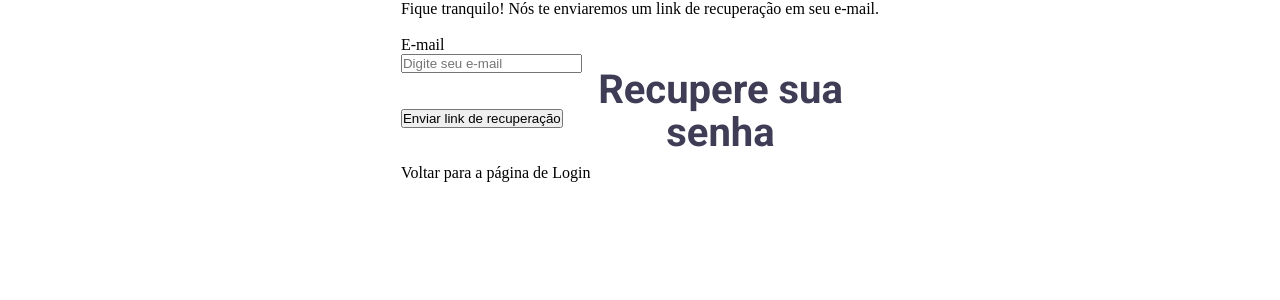
Repository: RenatoCCS/formularios
Page: senha.html
An editor plug-in stored every save of this project. The page is shown before and after a run of saves, followed by the edit.
The browser window is 1280 px wide. The pictures show the whole page.

Above is the page before, as saved 2023-03-27 20:44:29.

### senha.html
<!DOCTYPE html>
<html lang="pt-br">
  <head>
    <meta charset="UTF-8" />
    <meta http-equiv="X-UA-Compatible" content="IE=edge" />
    <meta name="viewport" content="width=device-width, initial-scale=1.0" />
    <link rel="stylesheet" href="style.css" />
    <title>Recupere sua senha</title>
  </head>
  <body class="container">
    <form action="" class="form__Login">
      <div class="form__Senha__Titulo">
        <h1>Recupere sua senha</h1>
      </div>

      <div>
        <p>
          Fique tranquilo! Nós te enviaremos um link de recuperação em seu
          e-mail.
        </p>
      </div>
      <br />

      <div>
        <label for="email">E-mail</label>
        <br />
        <input
          id="email"
          type="email"
          name="email"
          placeholder="Digite seu e-mail"
        />
      </div>
      <br /><br />

      <div>
        <button type="submit">Enviar link de recuperação</button>
      </div>
      <br /><br />

      <div>
        <p>Voltar para a página de Login</p>
      </div>
    </form>
  </body>
</html>

### style.css
@import url('https://fonts.googleapis.com/css2?family= Roboto :wght@400;500;700 & display=swap');

* {
  margin: 0;
  padding: 0;
}

:root {
  --primeira-cor: #3f3d56;
  --segunda-cor: #323730;
  --terceira-cor: #abb3a8;
  --quarta-cor: #ffffff;
  --quinta-cor: #3f3f40;
  --sexta-cor: #da2a41;

  --fonte-primaria: 'Roboto', sans-serif;
}

.container {
  display: flex;
  justify-content: center;
}

.form__Cadastro__Titulo {
  position: absolute;
  width: 302px;
  height: 43px;
  left: 569px;
  top: 68px;
  color: var(--primeira-cor);
  font-family: var(--fonte-primaria);
  font-style: normal;
  font-weight: 700;
  font-size: 17px; /*o indicado é 37px, mas se manter quebra a linha*/
  line-height: 43px;
  text-align: center;
}

.nome__Cadastro {
  position: absolute;
  width: 396px;
  height: 69px;
  top: 139px;
  left: 522px;
}

.nome__Cadastro__Nomecompleto {
  position: absolute;
  width: 100px;
  height: 24px;
  top: -6px;
  left: 0px;
  color: var(--segunda-cor);
  font-family: var(--fonte-primaria);
  font-style: normal;
  font-weight: 400;
  font-size: 14px;
  line-height: 24px;
}

.nome__Cadastro__Campo {
  position: absolute;
  width: 163px;
  height: 24px;
  top: 34px;
  left: 14px;
  color: var(--terceira-cor);
  font-family: var(--fonte-primaria);
  font-style: normal;
  font-weight: 400;
  font-size: 14px;
  line-height: 24px;
  padding: 12px 219px 11px 14px;
}

.nome__Cadastro__Campo {
  box-sizing: border-box;
  border: 1px solid;
  position: absolute;
  width: 396px;
  height: 47px;
  top: 22px;
  left: 0%;
  right: 0%;
  top: 31.88%;
  bottom: 0%;
  color: var(--terceira-cor);
  background-color: var(--quarta-cor);
}

.data__Cadastro {
  position: absolute;
  width: 170px;
  height: 74px;
  left: 522px;
  top: 232px;
}

.data__Cadastro__Nascimento {
  position: absolute;
  width: 127px;
  height: 18px;
  top: -2px;
  left: 0px;
  color: var(--quinta-cor);
  font-family: var(--fonte-primaria);
  font-style: normal;
  font-weight: 400;
  font-size: 14px;
  line-height: 24px;
  display: flex;
  align-items: center;
}

.data__Cadastro__Calendario {
  position: absolute;
  width: 83px;
  height: 24px;
  top: 12px;
  left: 14px;
  color: var(--terceira-cor);
  font-family: var(--fonte-primaria);
  font-style: normal;
  font-weight: 400;
  font-size: 14px;
  line-height: 24px;
  display: flex;
  align-items: center;
  padding: 12px 0px 11px 14px;
}

.data__Cadastro__Calendario {
  box-sizing: border-box;
  border: 1px solid;
  position: absolute;
  width: 170px;
  height: 47px;
  top: 22px;
  left: 0%;
  right: 0%;
  top: 31.88%;
  bottom: 0%;
  color: var(--terceira-cor);
  background-color: var(--quarta-cor);
}

.pais__Cadastro {
  position: absolute;
  width: 208px;
  height: 69px;
  top: 230px;
  left: 710px;
}

.pais__Cadastro__Pais {
  position: absolute;
  width: 34px;
  height: 15px;
  top: -2px;
  left: 0px;
  color: var(--segunda-cor);
  font-family: var(--fonte-primaria);
  font-style: normal;
  font-weight: 400;
  font-size: 14px;
  line-height: 24px;
}

.pais__Cadastro__Vermelho {
  position: absolute;
  width: 34px;
  height: 15px;
  top: -2px;
  left: 30px;
  color: var(--sexta-cor);
  font-family: var(--fonte-primaria);
  font-style: normal;
  font-weight: 400;
  font-size: 14px;
  line-height: 24px;
}

.pais__Cadastro__Campo {
  position: absolute;
  width: 66px;
  height: 24px;
  top: 34px;
  left: 14px;
  color: var(--terceira-cor);
  font-family: var(--fonte-primaria);
  font-style: normal;
  font-weight: 400;
  font-size: 14px;
  line-height: 24px;
  padding: 12px 11px 14px;
}

.pais__Cadastro__Campo {
  box-sizing: border-box;
  border: 1px solid;
  position: absolute;
  width: 208px;
  height: 47px;
  top: 24px;
  left: 0%;
  right: 0%;
  top: 31, 88%;
  bottom: 0%;
  color: var(--terceira-cor);
  background-color: var(--quarta-cor);
}

.pais__Cadastro__Campo option {
  position: absolute;
  color: var(--segunda-cor);
  font-family: var(--fonte-primaria);
  font-style: normal;
  font-weight: 400;
  font-size: 14px;
  line-height: 16px;
}

.pais__Cadastro__Seta {
  position: absolute;
  width: 12px;
  height: 6px;
  top: 45px;
  left: 193px;
}

.genero__Cadastro {
  position: absolute;
  width: 386px;
  height: 50px;
  top: 328px;
  left: 522px;
}

.genero__Cadastro__Titulo {
  position: absolute;
  width: 49px;
  height: 24px;
  top: -2px;
  left: 0px;
  color: var(--segunda-cor);
  font-family: var(--fonte-primaria);
  font-style: normal;
  font-weight: 400;
  font-size: 14px;
  line-height: 24px;
}

.genero__Cadastro__Botao1 {
  position: absolute;
  box-sizing: border-box;
  width: 18px;
  height: 18px;
  top: 32px;
  left: 0px;
}

.genero__Cadastro__Feminino {
  position: absolute;
  width: 58px;
  height: 16px;
  top: 32px;
  left: 24px;
  color: var(--segunda-cor);
  font-family: var(--fonte-primaria);
  font-style: normal;
  font-weight: 400;
  font-size: 14px;
  line-height: 16px;
}

.genero__Cadastro__Botao2 {
  position: absolute;
  box-sizing: border-box;
  width: 18px;
  height: 18px;
  top: 32px;
  left: 137px;
}

.genero__Cadastro__Masculino {
  position: absolute;
  width: 65px;
  height: 16px;
  top: 32px;
  left: 161px;
  color: var(--segunda-cor);
  font-family: var(--fonte-primaria);
  font-style: normal;
  font-weight: 400;
  font-size: 14px;
  line-height: 16px;
}

.genero__Cadastro__Botao3 {
  position: absolute;
  box-sizing: border-box;
  width: 18px;
  height: 18px;
  top: 32px;
  left: 282px;
}

.genero__Cadastro__Naodeclarar {
  position: absolute;
  width: 81px;
  height: 16px;
  top: 32px;
  left: 306px;
  color: var(--segunda-cor);
  font-family: var(--fonte-primaria);
  font-style: normal;
  font-weight: 400;
  font-size: 14px;
  line-height: 16px;
}

.email__Cadastro {
  position: absolute;
  width: 396px;
  height: 69px;
  top: 406px;
  left: 522px;
}

.email__Cadastro__Titulo {
  position: absolute;
  width: 40px;
  height: 24px;
  top: -4px;
  left: 0px;
  color: var(--segunda-cor);
  font-family: var(--fonte-primaria);
  font-style: normal;
  font-weight: 400;
  font-size: 14px;
  line-height: 24px;
}

.email__Cadastro__Campo {
  position: absolute;
  width: 104px;
  height: 24px;
  top: 34px;
  left: 14px;
  color: var(--terceira-cor);
  font-family: var(--fonte-primaria);
  font-style: normal;
  font-weight: 400;
  font-size: 14px;
  line-height: 24px;
  padding: 12px 270px 11px 14px;
}

.email__Cadastro__Campo {
  box-sizing: border-box;
  border: 1px solid;
  position: absolute;
  width: 396px;
  height: 47px;
  top: 22px;
  left: 0%;
  right: 0%;
  top: 31.88%;
  bottom: 0%;
  color: var(--terceira-cor);
  background-color: var(--quarta-cor);
}

.senha__Cadastro {
  position: absolute;
  width: 396px;
  height: 75px;
  top: 497px;
  left: 522px;
}

.senha__Cadastro__Titulo {
  position: absolute;
  width: 39px;
  height: 24px;
  top: -4px;
  left: 0px;
  color: var(--segunda-cor);
  font-family: var(--fonte-primaria);
  font-style: normal;
  font-weight: 400;
  font-size: 14px;
  line-height: 24px;
}

.senha__Cadastro__Campo {
  position: absolute;
  width: 97px;
  height: 24px;
  top: 34px;
  left: 14px;
  color: var(--terceira-cor);
  font-family: var(--fonte-primaria);
  font-style: normal;
  font-weight: 400;
  font-size: 14px;
  line-height: 24px;
  padding: 12px 278px 11px 14px;
}

.senha__Cadastro__Campo {
  box-sizing: border-box;
  border: 1px solid;
  position: absolute;
  width: 396px;
  height: 47px;
  top: 22px;
  left: 0%;
  right: 0%;
  top: 31.88%;
  bottom: 0%;
  color: var(--terceira-cor);
  background-color: var(--quarta-cor);
}

.confirma__Cadastro {
  position: absolute;
  width: 396px;
  height: 75px;
  top: 594px;
  left: 522px;
}

.confirma__Cadastro__Titulo {
  position: absolute;
  width: 126px;
  height: 24px;
  top: -4px;
  left: 0px;
  color: var(--segunda-cor);
  font-family: var(--fonte-primaria);
  font-style: normal;
  font-weight: 400;
  font-size: 14px;
  line-height: 24px;
}

.confirma__Cadastro__Campo {
  position: absolute;
  width: 104px;
  height: 24px;
  top: 34px;
  left: 14px;
  color: var(--terceira-cor);
  font-family: var(--fonte-primaria);
  font-style: normal;
  font-weight: 400;
  font-size: 14px;
  line-height: 24px;
  padding: 12px 276px 11px 14px;
}

.confirma__Cadastro__Campo {
  box-sizing: border-box;
  border: 1px solid;
  position: absolute;
  width: 396px;
  height: 47px;
  top: 22px;
  left: 0%;
  right: 0%;
  top: 31.88%;
  bottom: 0%;
  color: var(--terceira-cor);
  background-color: var(--quarta-cor);
}

.termo__Cadastro {
  position: absolute;
  width: 396px;
  height: 34px;
  top: 697px;
  left: 522px;
}

.termo__Cadastro__Botao {
  position: absolute;
  width: 18px;
  height: 18px;
  top: 0px;
  left: 0px;
  color: var(--segunda-cor);
  font-family: var(--fonte-primaria);
  font-style: normal;
  font-weight: 400;
  font-size: 14px;
  line-height: 24px;
}

.termo__Cadastro__Texto {
  position: absolute;
  width: 368px;
  height: 34px;
  top: -3px;
  left: 30px;
  color: var(--segunda-cor);
  font-family: var(--fonte-primaria);
  font-style: normal;
  font-weight: 400;
  font-size: 14px;
  line-height: 130%;
}

.botao__Cadastro {
  position: absolute;
  width: 396px;
  height: 47px;
  top: 759px;
  left: 522px;
}

.botao__Cadastro__Cadastrar {
  box-sizing: border-box;
  border: 1px solid;
  border-radius: 5px;
  position: absolute;
  width: 396px;
  height: 47px;
  top: 0px;
  background-color: var(--primeira-cor);
}

.botao__Cadastro__Cadastrar {
  color: var(--quarta-cor);
  font-family: var(--fonte-primaria);
  font-style: normal;
  font-weight: 500;
  font-size: 16px;
  line-height: 19px;
  text-align: center;
}

.pergunta__Cadastro {
  position: absolute;
  width: 300px;
  height: 16px;
  top: 834px;
  left: 572px;
  color: var(--segunda-cor);
  font-family: var(--fonte-primaria);
  font-style: normal;
  font-weight: 400;
  font-size: 14px;
  line-height: 16px;
}

/*Inicio da parte Login*/

.form__Login__Titulo {
  position: absolute;
  width: 300px; /*O indicado era 240*/
  height: 43px;
  top: 68px;
  left: 601px;
  color: var(--primeira-cor);
  font-family: var(--fonte-primaria);
  font-style: normal;
  font-weight: 700;
  font-size: 37px;
  line-height: 43px;
  text-align: center;
}

.email__Login {
  position: absolute;
  width: 515px;
  height: 69px;
  top: 142px;
  left: 480px;
}

.email__Login__Titulo {
  position: absolute;
  width: 478px;
  height: 16px;
  top: 0px;
  left: 0px;
  color: var(--segunda-cor);
  font-family: var(--fonte-primaria);
  font-style: normal;
  font-weight: 400;
  font-size: 14px;
  line-height: 16px;
}

.email__Login__Campo {
  position: absolute;
  width: 104px;
  height: 16px;
  top: 38px;
  left: 17px;
  color: var(--terceira-cor);
  font-family: var(--fonte-primaria);
  font-style: normal;
  font-weight: 400;
  font-size: 14px;
  line-height: 16px;
  padding: 16px 390px 15px 17px;
}

.email__Login__Campo {
  box-sizing: border-box;
  border: 1px solid;
  position: absolute;
  width: 515px;
  height: 47px;
  top: 22px;
  left: 0%;
  right: 0%;
  top: 31.88%;
  bottom: 0%;
  color: var(--terceira-cor);
  background-color: var(--quarta-cor);
}

.senha__Login {
  position: absolute;
  width: 515px;
  height: 69px;
  top: 250px;
  left: 480px;
}

.senha__Login__Titulo {
  position: absolute;
  width: 39px;
  height: 16px;
  top: 0px;
  left: 0px;
  color: var(--segunda-cor);
  font-family: var(--fonte-primaria);
  font-style: normal;
  font-weight: 400;
  font-size: 14px;
  line-height: 16px;
}

.senha__Login__Campo {
  position: absolute;
  width: 97px;
  height: 16px;
  top: 288px;
  left: 480px;
  color: var(--terceira-cor);
  font-family: var(--fonte-primaria);
  font-style: normal;
  font-weight: 400;
  font-size: 14px;
  line-height: 16px;
  padding: 16px 390px 15px 17px;
}

.senha__Login__Campo {
  box-sizing: border-box;
  border: 1px solid;
  position: absolute;
  width: 515px;
  height: 47px;
  top: 22px;
  left: 0%;
  right: 0%;
  top: 31.88%;
  bottom: 0%;
  color: var(--terceira-cor);
  background-color: var(--quarta-cor);
}

.conectado__Login__Botao {
  position: absolute;
  width: 18px;
  height: 18px;
  top: 345px;
  left: 480px;
}

.conectado__Login__Texto {
  position: absolute;
  width: 165px;
  height: 16px;
  top: 346px;
  left: 510px;
  color: var(--segunda-cor);
  font-family: var(--fonte-primaria);
  font-style: normal;
  font-weight: 400;
  font-size: 14px;
  line-height: 16px;
}

.conectado__Login__Senha {
  position: absolute;
  width: 150px;
  height: 16px;
  top: 346px;
  left: 844px;
  color: var();
  font-family: var(--fonte-primaria);
  font-style: normal;
  font-weight: 400;
  font-size: 14px;
  line-height: 16px;
}

.botao__Login {
  position: absolute;
  width: 514px;
  height: 47px;
  top: 393px;
  left: 480px;
}

.botao__Entrar__Login {
  position: absolute;
  width: 43px;
  height: 19px;
  top: 14px;
  left: 236px;
  color: var(--quarta-cor);
  font-family: var(--fonte-primaria);
  font-style: normal;
  font-weight: 500;
  font-size: 16px;
  line-height: 19px;
}

.botao__Entrar__Login {
  box-sizing: border-box;
  border: 1px solid;
  position: absolute;
  width: 514px;
  height: 47px;
  top: 22px;
  left: 0%;
  right: 0%;
  top: 0%;
  bottom: 0%;
  color: var(--quarta-cor);
  background-color: var(--primeira-cor);
}

.semConta__Login____Frase {
  position: absolute;
  width: 255px;
  height: 16px;
  top: 472px;
  left: 596px;
  color: var(--segunda-cor);
  font-family: var(--fonte-primaria);
  font-style: normal;
  font-weight: 400;
  font-size: 14px;
  line-height: 16px;
}

/*Inicio da parte de recupere a senha*/

.form__Senha__Titulo {
  position: absolute;
  width: 337px;
  height: 43px;
  top: 68px;
  left: 552px;
  color: var(--primeira-cor);
  font-family: var(--fonte-primaria);
  font-style: normal;
  font-weight: 700;
  font-size: 20px;
  line-height: 43px;
  text-align: center;
}

After the next 5 saves:
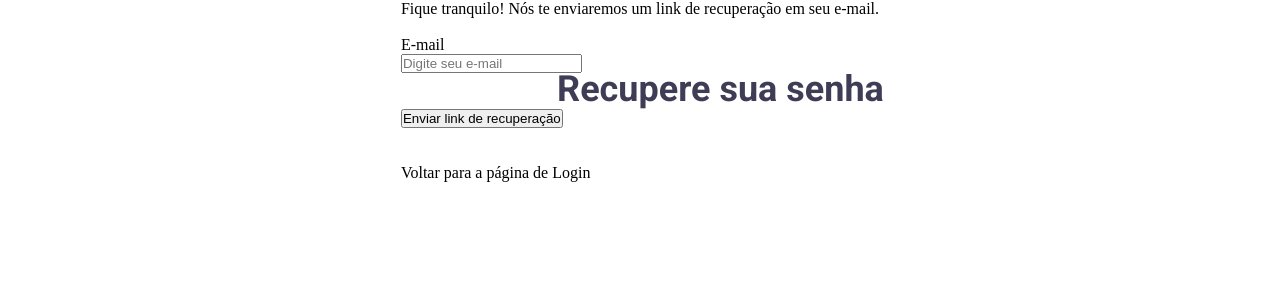
The 5 saves are shown as one change because they came seconds apart.
The last was saved 14 s later.
--- a/style.css
+++ b/style.css
@@ -774,7 +774,7 @@
   font-family: var(--fonte-primaria);
   font-style: normal;
   font-weight: 700;
-  font-size: 20px;
+  font-size: 18px;
   line-height: 43px;
   text-align: center;
 }
